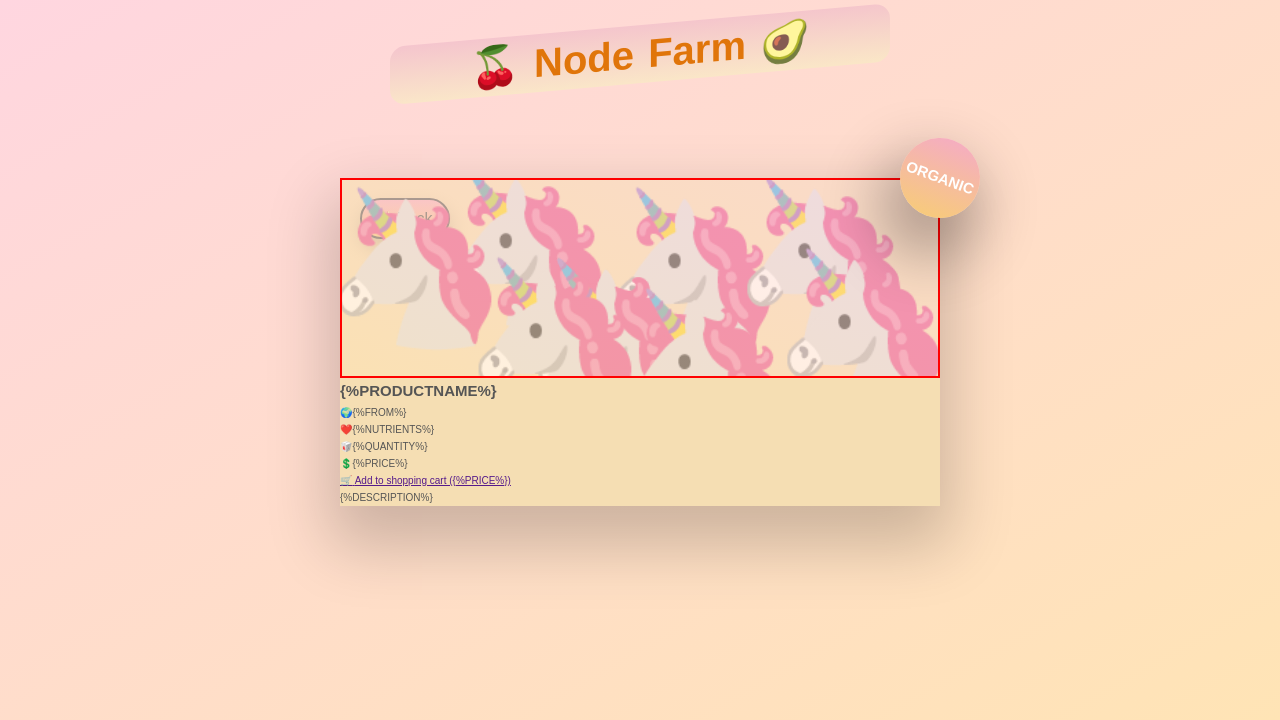
Repository: Kubraaygun/NodeFarm_Backend
Page: templates/product.html
An editor plug-in stored every save of this project. The page is shown before and after the next save, followed by the edit.
The browser window is 1280 px wide. The pictures show the whole page.

Above is the page before, as saved 2025-09-09 22:40:59.

After the next save:
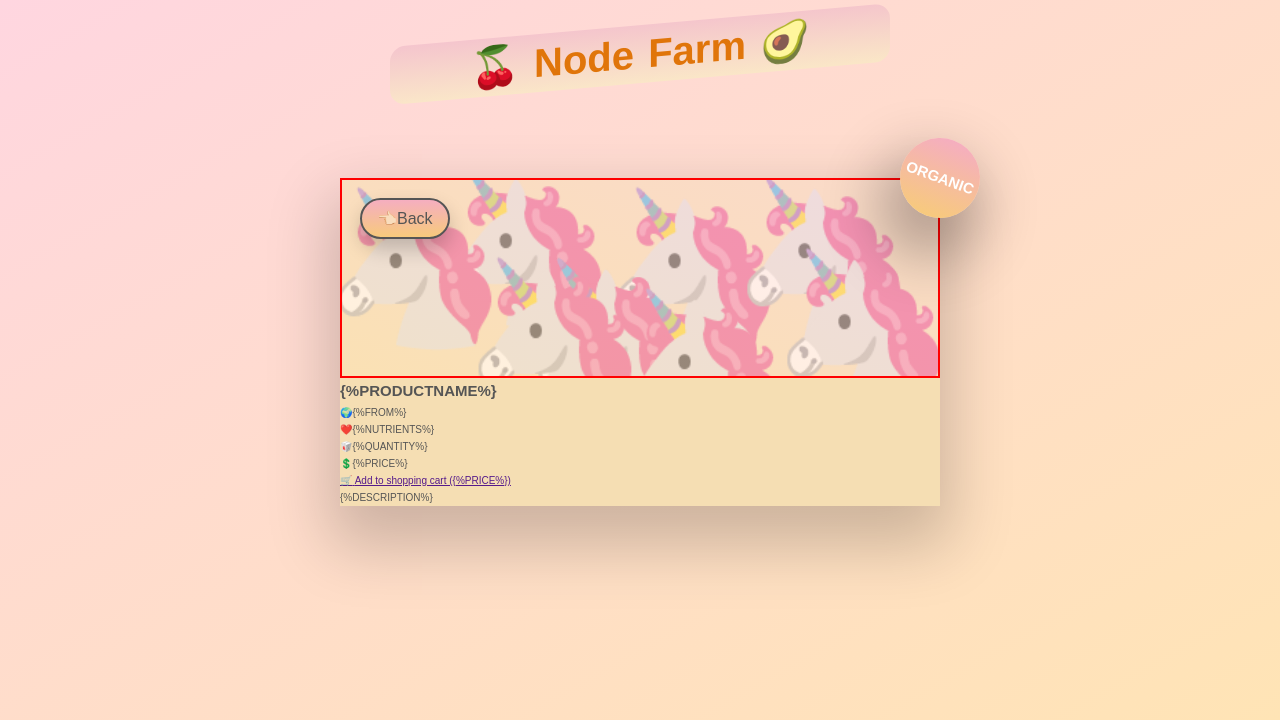
Saved 7 s later.
--- a/templates/product.html
+++ b/templates/product.html
@@ -152,6 +152,7 @@
       .product__back:link,
       .product__back:visited {
         position: absolute;
+        z-index: 1000;
         top: 2rem;
         left: 2rem;
         text-decoration: none;
